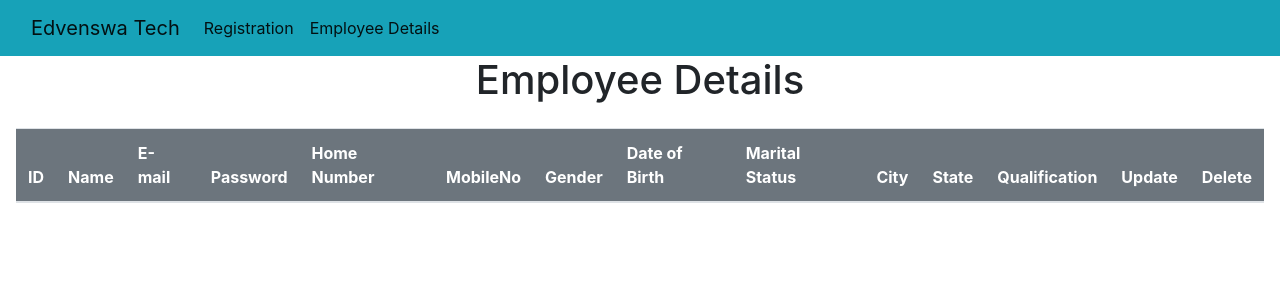
Repository: shubhverma2502/STSProjects
Page: http://localhost/DemoProject/views/ViewAll.jsp
The author's editor kept a copy of each file at every save. The page is drawn from the files as they stood at one save, then again after the next save.
The browser window is 1280 px wide. The pictures show the whole page.
The page is served by Tomcat 9. Other server files are loaded and not shown. The template is opened directly, without the code that normally fills it, so the values that code supplies are empty.

Above is the page before, as saved 2023-04-06 12:08:51.

### DemoProject/src/main/webapp/views/ViewAll.jsp
<%@ page language="java" contentType="text/html; charset=ISO-8859-1"
	pageEncoding="ISO-8859-1"%>

<!DOCTYPE html>
<html lang="en" xmlns:th="http://www.thymeLeaf.com">
<html>
<head>
<meta charset="ISO-8859-1">
<title>Employee Details</title>
<link rel="stylesheet"
	href="https://cdn.jsdelivr.net/npm/bootstrap@4.0.0/dist/css/bootstrap.min.css"
	integrity="sha384-Gn5384xqQ1aoWXA+058RXPxPg6fy4IWvTNh0E263XmFcJlSAwiGgFAW/dAiS6JXm"
	crossorigin="anonymous">
</head>
<body style="background-color: white;">
    <nav class="navbar navbar-expand-lg navbar-light bg-info">
        <div class="container-fluid">
          <a class="navbar-brand" href="/">Edvenswa Tech</a>
          <button class="navbar-toggler" type="button" data-bs-toggle="collapse" data-bs-target="#navbarSupportedContent"
            aria-controls="navbarSupportedContent" aria-expanded="false" aria-label="Toggle navigation">
            <span class="navbar-toggler-icon"></span>
          </button>
          <div class="collapse navbar-collapse" id="navbarSupportedContent">
            <ul class="navbar-nav me-auto mb-2 mb-lg-0">
              <li class="nav-item active">
                <a class="nav-link" aria-current="page" href="/reg">Registration</a>
              </li>
              <li class="nav-item active">
                <a class="nav-link" href="/getAll">Employee Details</a>
              </li>

            </ul>
          </div>
        </div>
     </nav>

<%@ taglib uri="http://www.springframework.org/tags/form" prefix="form"%>
<%@ taglib uri="http://java.sun.com/jsp/jstl/core" prefix="c"%>

	<h1 class="text-center">Employee Details</h1>
	<div class="Container p-3">
		<table class="table table-striped">
			<thead class="bg-secondary text-white">
				<tr>
					<th scope="col">ID</th>
					<th scope="col">Name</th>
					<th scope="col">E-mail</th>
					<th scope="col">Password</th>
					<th scope="col">Home Number</th>
					<th scope="col">MobileNo</th>
					<th scope="col">Gender</th>
					<th scope="col">Date of Birth</th>
					<th scope="col">Marital Status</th>
					<th scope="col">City</th>
					<th scope="col">State</th>
					<th scope="col">Qualification</th>
					<th scope="col">Update</th>
					<th scope="col">Delete</th>

				</tr>
			</thead>
			<c:forEach var="Emp" items="${emps}">
				<tr>
					<td>${Emp.id}</td>
					<td>${Emp.name}</td>
					<td>${Emp.email}</td>
					<td>${Emp.password}</td>
					<td>${Emp.home_no}</td>
					<td>${Emp.mobie_no}</td>
					<td>${Emp.gender}</td>
					<td>${Emp.birthdate}</td>
					<td>${Emp.marital_status}</td>
					<td>${Emp.city}</td>
					<td>${Emp.state}</td>
					<td>${Emp.Qualification}</td>
					<td><a href="/update/${Emp.id}">Update</a></td>
					<td><a href="/delete/${Emp.id}">Delete</a></td>


				</tr>
			</c:forEach>
		</table>
		<br />
	</div>


</body>
</html>

After the next save:
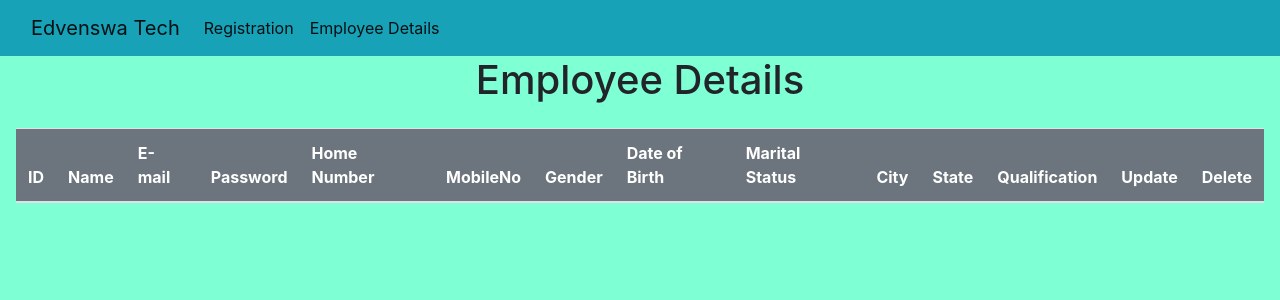
Saved 59 s later.
--- a/DemoProject/src/main/webapp/views/ViewAll.jsp
+++ b/DemoProject/src/main/webapp/views/ViewAll.jsp
@@ -12,7 +12,7 @@
 	integrity="sha384-Gn5384xqQ1aoWXA+058RXPxPg6fy4IWvTNh0E263XmFcJlSAwiGgFAW/dAiS6JXm"
 	crossorigin="anonymous">
 </head>
-<body style="background-color: white;">
+<body style="background-color: aquamarine;">
     <nav class="navbar navbar-expand-lg navbar-light bg-info">
         <div class="container-fluid">
           <a class="navbar-brand" href="/">Edvenswa Tech</a>
